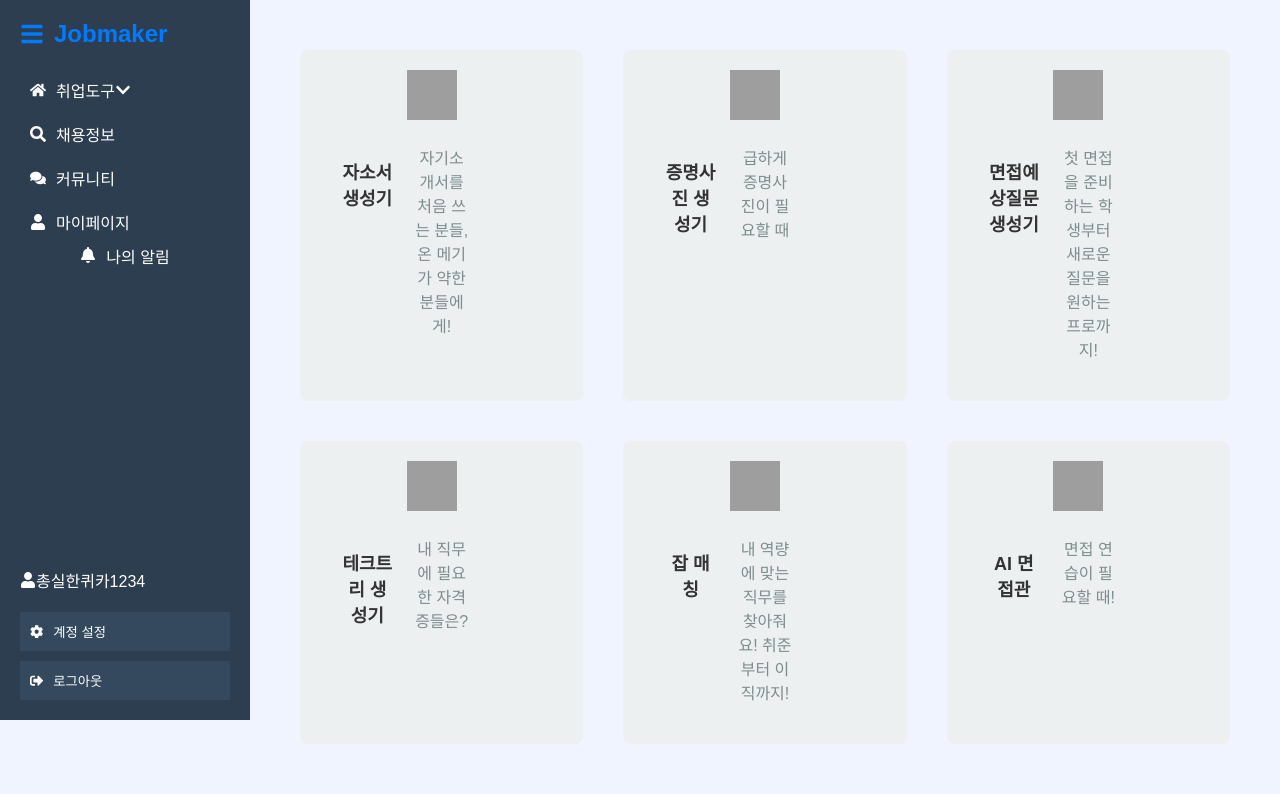
Repository: HSfac/jobmaker
Page: /main
An editor plug-in stored every save of this project. The page is shown before and after the next save, followed by the edit.
The browser window is 1280 px wide. The pictures show the whole page.
Pictures or frames that could not be fetched are drawn as grey boxes. The project was rebuilt for these pictures with package versions that can differ from the ones it lists, and the page was loaded fresh each time. Also part of the build but not shown: src/components/Header.jsx, src/components/Footer.css, src/components/Footer.jsx, src/pages/LandingPage.jsx, src/pages/InfosPage.jsx, src/pages/CommunityPage.jsx, src/pages/MyPage.jsx, src/components/SocialLoginButton.css and 15 more.

Above is the page before, as saved 2024-07-13 17:44:51.

### src/App.js
import React from 'react';
import { BrowserRouter as Router, Route, Routes } from 'react-router-dom';
import MainPage from './pages/MainPage';
import LandingPage from './pages/LandingPage';
import InfosPage from './pages/InfosPage';
import CommunityPage from './pages/CommunityPage';
import MyPage from './pages/MyPage';
import LoginPage from './pages/LoginPage';
import SignupPage from './pages/SignupPage';
import EmailSignupPage from './pages/EmailSignupPage';

import ResumeGeneratorPage from './pages/tools/ResumeGeneratorPage';
import PhotoGeneratorPage from './pages/tools/PhotoGeneratorPage';
import InterviewQuestionsGeneratorPage from './pages/tools/InterviewQuestionsGeneratorPage';
import TechTreeGeneratorPage from './pages/tools/TechTreeGeneratorPage';
import JobMatchingPage from './pages/tools/JobMatchingPage';
import AIInterviewerPage from './pages/tools/AIInterviewerPage';

import MainLayout from './layouts/MainLayout'; // 새로 생성한 레이아웃 컴포넌트
import './App.css';

function App() {
  return (
    <Router>
      <div className="App">
        <Routes>
          <Route path="/" element={<LandingPage />} />
          <Route path="/login" element={<LoginPage />} />
          <Route path="/signup" element={<SignupPage />} />
          <Route path="/email-signup" element={<EmailSignupPage />} />
          <Route element={<MainLayout />}>
            <Route path="/main" element={<MainPage />} />
            <Route path="/infos" element={<InfosPage />} />
            <Route path="/community" element={<CommunityPage />} />
            <Route path="/mypage" element={<MyPage />} />
            <Route path="/tools/resume-generator" element={<ResumeGeneratorPage />} />
            <Route path="/tools/photo-generator" element={<PhotoGeneratorPage />} />
            <Route path="/tools/interview-questions-generator" element={<InterviewQuestionsGeneratorPage />} />
            <Route path="/tools/tech-tree-generator" element={<TechTreeGeneratorPage />} />
            <Route path="/tools/job-matching" element={<JobMatchingPage />} />
            <Route path="/tools/ai-interviewer" element={<AIInterviewerPage />} />
          </Route>
        </Routes>
      </div>
    </Router>
  );
}

export default App;

### src/pages/MainPage.jsx
// MainPage.jsx
import React from 'react';
import ToolCard from '../components/ToolCard';
import './MainPage.css';

const tools = [
  {
    title: "자소서 생성기",
    description: "자기소개서를 처음 쓰는 분들, 온 메기가 약한 분들에게!",
    image: "../assets/images/icons/icon2.png",
    link: "/tools/resume-generator",
  },
  {
    title: "증명사진 생성기",
    description: "급하게 증명사진이 필요할 때",
    image: "../assets/images/icons/icon2.png",
    link: "/tools/photo-generator",
  },
  {
    title: "면접예상질문 생성기",
    description: "첫 면접을 준비하는 학생부터 새로운 질문을 원하는 프로까지!",
    image: "../assets/images/icons/icon2.png",
    link: "/tools/interview-questions-generator",
  },
  {
    title: "테크트리 생성기",
    description: "내 직무에 필요한 자격증들은?",
    image: "../assets/images/icons/icon2.png",
    link: "/tools/tech-tree-generator",
  },
  {
    title: "잡 매칭",
    description: "내 역량에 맞는 직무를 찾아줘요! 취준부터 이직까지!",
    image: "../assets/images/icons/icon2.png",
    link: "/tools/job-matching",
  },
  {
    title: "AI 면접관",
    description: "면접 연습이 필요할 때!",
    image: "../assets/images/icons/icon2.png",
    link: "/tools/ai-interviewer",
  },
];

const MainPage = () => {
  return (
    <div className="main-page">
      <div className="content">
        {tools.map((tool, index) => (
          <ToolCard
            key={index}
            title={tool.title}
            description={tool.description}
            image={tool.image}
            link={tool.link}
          />
        ))}
      </div>
    </div>
  );
};

export default MainPage;

### src/layouts/MainLayout.jsx
import React from 'react';
import { Outlet } from 'react-router-dom';
import Sidebar from '../components/Sidebar';
//import './MainLayout.css';

const MainLayout = () => {
  return (
    <div className="main-layout">
      <Sidebar />
      <div className="page-content">
        <Outlet />
      </div>
    </div>
  );
};

export default MainLayout;

### src/App.css
.App {
  font-family: sans-serif;
  text-align: center;
  height: 100vh;
  display: flex;
  flex-direction: column;
}

.main-content {
  display: flex;
  flex: 1;
}

.page-content {
  flex: 1;
  padding: 20px;
  margin-left: 250px; /* 사이드바의 넓이만큼 왼쪽 여백을 설정 */
  transition: margin-left 0.3s;
}

.sidebar.closed + .page-content {
  margin-left: 80px; /* 사이드바가 닫혔을 때 여백 설정 */
}

### src/components/ToolCard.jsx
// ToolCard.jsx
import React from 'react';
import { useNavigate } from 'react-router-dom';
import './ToolCard.css';

const ToolCard = ({ title, description, image, link }) => {
  const navigate = useNavigate();

  const handleClick = () => {
    navigate(link);
  };

  return (
    <div className="tool-card" onClick={handleClick}>
      <img src={image} alt={title} className="icon" />
      <div className="content">
        <h3>{title}</h3>
        <p>{description}</p>
      </div>
    </div>
  );
};

export default ToolCard;

### src/pages/MainPage.css
.main-page {
  display: flex;
}

.content {
  flex-grow: 1;
  padding: 20px;
  display: grid;
  grid-template-columns: repeat(3, 1fr);
  gap: 20px;
}

### src/pages/LandingPage.css
/* LandingPage.css */

@font-face {
  font-family: 'Pretendard';
  src: url('../assets/fonts/Pretendard-Regular.ttf') format('truetype');
  font-weight: 400;
}

@font-face {
  font-family: 'Pretendard';
  src: url('../assets/fonts/Pretendard-SemiBold.ttf') format('truetype');
  font-weight: 600;
}
:root {
  --bg-color: #f0f4ff;
  --text-color: #333;
  --primary-color: #3a73e1;
  --secondary-color: #fff;
  --question-bg-color: #4a90e2;
}

[data-theme="dark"] {
  --bg-color: #121212;
  --text-color: #e0e0e0;
  --primary-color: #bb86fc;
  --secondary-color: #333;
  --question-bg-color: #3700b3;
}

body {
  background-color: var(--bg-color);
  color: var(--text-color);
  margin: 0;
  padding: 0;
  font-family: 'Pretendard', sans-serif;
}

.landing-page {
  display: flex;
  flex-direction: column;
  min-height: 100vh;
}

.main-content {
  flex: 1;
  display: flex;
  flex-direction: column;
  align-items: center;
  background-color: var(--primary-color);
  color: var(--secondary-color);
}

.hero {
  display: flex;
  justify-content: space-between;
  align-items: center;
  max-width: 1200px;
  width: 100%;
  padding: 50px;
}


.hero-text h1 {
  font-size: 4em; /* Increased font size */
  font-family: 'Pretendard', sans-serif;
  font-weight: 600; /* SemiBold */
  margin-bottom: 20px;
}

.hero-text p {
  font-family: 'Pretendard', sans-serif;
  font-weight: 400; /* Regular */
}

.hero-text button.primary {
  background-color: var(--secondary-color);
  color: var(--primary-color);
  padding: 10px 20px;
  border: none;
  border-radius: 5px;
  font-size: 1.2em;
  cursor: pointer;
  transition: border-color 0.3s;
}

.hero-text button.primary:hover {
  border: 2px solid var(--primary-color);
}

.hero-images {
  flex: 1;
  display: flex;
  justify-content: center;
  align-items: center;


}

.hero-images img {
  max-width: 100%;
  height: auto;

}

.second-section {
  width: 100%;
  font-size: 1.5em;
  padding: 50px 20px;
  background-color: var(--bg-color);
  color: var(--text-color);
  text-align: center;
  position: relative;
  overflow: hidden;
  font-weight: 700; /* SemiBold */
}

.second-section h2 {
  color: var(--primary-color);
  font-size: 1.5em;
  font-weight: 700; /* SemiBold */
}

.sliding-images {
  display: flex;
  flex-direction: column;
  align-items: center;
  justify-content: center;
  height: 280px; /* Adjust as needed */
  position: relative;
}

.sliding-images img {
  width: 300%; /* Make the images smaller */
  position: absolute;
  animation-duration: 30s; /* Slow down the animation */
  animation-timing-function: linear;
  animation-iteration-count: infinite;
}

.sliding-images img:nth-child(1) {
  top: 0;
  left: -100%;
  animation-name: slide-in-left;
}

.sliding-images img:nth-child(2) {
  top: 50%;
  left: 100%;
  animation-name: slide-in-right;
}

@keyframes slide-in-left {
  0%, 100% {
    left: -100%;
  }
  50% {
    left: 100%;
  }
}

@keyframes slide-in-right {
  0%, 100% {
    left: 100%;
  }
  50% {
    left: -100%;
  }
}

.generators {
  display: flex;
  justify-content: space-around;
  flex-wrap: wrap;
}

.generator-card {
  background-color: var(--secondary-color);
  color: var(--primary-color);
  border-radius: 10px;
  padding: 20px;
  margin: 10px;
  width: 200px;
  cursor: pointer;
  transition: transform 0.2s;
}

.generator-card:hover {
  transform: scale(1.05);
}

.generator-card h3 {
  margin-top: 0;
}

.generator-card p {
  margin: 10px 0 0;
  font-size: 20px;
}

/* 기존 CSS 생략 */

.third-section {

  width: 100%;
  padding: 10px 20px;
  background-color: var(--bg-color);
  color: var(--text-color);
  text-align: center;

}

.third-section h2 {
  font-size: 2.2em;
  color: var(--primary-color);
  font-weight: 700; /* SemiBold */
}

.third-section h3 {
  font-size: 1em;
  font-weight: 600; /* SemiBold */
}

.example-container {
  display: flex;
  flex-wrap: wrap;
  justify-content: center;
  gap: 20px;
  margin-top: 20px;
  flex-direction: column; /* 세로로 배치 */
}

.example-image.left {
  align-self: flex-start;
  margin: 0 50px; /* 이미지 양옆 여백 설정 */
  animation: slide-left 5s infinite;
}

.example-image.center1 {
  align-self: center;
  margin: 0 50px; /* 이미지 양옆 여백 설정 */
}

.example-image.right {
  align-self: flex-end;
  margin: 0 50px; /* 이미지 양옆 여백 설정 */
  animation: slide-right 5s infinite;
}

.example-image.center2 {
  align-self: center;
  margin: 0 50px; /* 이미지 양옆 여백 설정 */
}

@keyframes slide-left {
  0% {
    transform: translateX(0);
  }
  50% {
    transform: translateX(-20px); /* 원하는 슬라이드 거리 설정 */
  }
  100% {
    transform: translateX(0);
  }
}

@keyframes slide-right {
  0% {
    transform: translateX(0);
  }
  50% {
    transform: translateX(20px); /* 원하는 슬라이드 거리 설정 */
  }
  100% {
    transform: translateX(0);
  }
}

/* 기존 CSS 생략 */




.fourth-section {
  width: 100%;
  padding: 50px 20px;
  background-color: var(--bg-color);
  color: var(--text-color);
  text-align: center;
}

.fourth-section h2 {
  font-size: 2.2em;
  color: var(--primary-color);
  font-weight: 700; /* SemiBold */
  margin-bottom: 10px;
}

.fourth-section h3 {
  font-size: 26px;
  font-weight: 700; /* SemiBold */
  margin-bottom: 30px;
}

.sliding-tags {
  overflow: hidden;
  white-space: nowrap;
  box-sizing: border-box;
}

.tags-wrapper {
  display: inline-block;
  animation: slide 45s linear infinite;

}

.tag {
  font-size: 20px;
  display: inline-block;
  background-color: var(--primary-color);
  color: var(--secondary-color);
  padding: 20px 40px;
  margin: 0 10px;
  border-radius: 500px;
  font-weight: 600; /* SemiBold */
}

@keyframes slide {
  0% {
    transform: translateX(100%);
  }
  100% {
    transform: translateX(-100%);
  }
}

.fifth-section {
  width: 100%;
  padding: 50px 20px;
  background-color: var(--bg-color);
  color: var(--text-color);
  text-align: center;
}

.fifth-section h2 {
  margin-top: 70px;
  font-size: 2.2em;
  color: var(--primary-color);
  font-weight: 700; /* SemiBold */
}

.fifth-section h3 {
  font-size: 26px;
  font-weight: 700; /* SemiBold */
  margin-top: 10px;
  margin-bottom: 30px;
}

.pricing-plans {
  display: flex;
  justify-content: center;
  gap: 25px;
  flex-wrap: wrap;
  margin-bottom: 200px;
}

.plan {
  background-color: var(--secondary-color);
  color: var(--primary-color);
  border-radius: 10px;
  padding: 20px;
  margin: 10px;
  width: 250px;
  text-align: center;
}

.plan h3 {
  margin-top: 0;
}

.plan p {
  font-size: 20px;
  font-weight: 700; /* SemiBold */
}

.plan ul {
  list-style: none;
  padding: 0;
}

.plan ul li {
  margin: 10px 0;
}

.plan button.primary {
  background-color: var(--secondary-color);
  color: var(--primary-color);
  padding: 10px 20px;
  border: 2px solid var(--primary-color);
  border-radius: 5px;
  font-size: 1.2em;
  cursor: pointer;
  transition: background-color 0.3s, color 0.3s;
}

.plan button.primary:hover {
  background-color: var(--primary-color);
  color: var(--secondary-color);
}

.footer {
  background-color: var(--primary-color);
  color: var(--secondary-color);
  padding: 20px;
  text-align: center;
  position: relative;
  bottom: 0;
  width: 100%;
  margin-top: auto;
}

### src/components/Sidebar.jsx
import React, { useState } from 'react';
import { FaHome, FaSearch, FaComments, FaUser, FaBell, FaCog, FaSignOutAlt, FaBars, FaChevronDown, FaChevronUp } from 'react-icons/fa';
import { Link } from 'react-router-dom';
import './Sidebar.css';
import AlertModal from './AlertModal';

const Sidebar = () => {
  const [isOpen, setIsOpen] = useState(true);
  const [isToolsOpen, setIsToolsOpen] = useState(false);
  const [isModalOpen, setIsModalOpen] = useState(false);

  const toggleSidebar = () => {
    setIsOpen(!isOpen);
  };

  const toggleToolsMenu = () => {
    setIsToolsOpen(!isToolsOpen);
  };

  const toggleModal = () => {
    setIsModalOpen(!isModalOpen);
  };

  return (
    <div className={`sidebar ${isOpen ? 'open' : 'closed'}`}>
      <div className="logo" onClick={toggleSidebar}>
        <FaBars />
        {isOpen && <span>Jobmaker</span>}
      </div>
      <ul className="menu">
        <li>
          <div className="menu-item" onClick={toggleToolsMenu}>
            <FaHome />
            {isOpen && <span>취업도구</span>}
            {isOpen && (isToolsOpen ? <FaChevronUp /> : <FaChevronDown />)}
          </div>
          {isToolsOpen && (
            <ul className="submenu">
              <li>
                <Link to="/tools/resume-generator">
                  {isOpen && <span>자소서 생성기</span>}
                </Link>
              </li>
              <li>
                <Link to="/tools/photo-generator">
                  {isOpen && <span>증명사진 생성기</span>}
                </Link>
              </li>
              <li>
                <Link to="/tools/interview-questions-generator">
                  {isOpen && <span>면접예상질문 생성기</span>}
                </Link>
              </li>
              <li>
                <Link to="/tools/tech-tree-generator">
                  {isOpen && <span>테크트리 생성기</span>}
                </Link>
              </li>
              <li>
                <Link to="/tools/job-matching">
                  {isOpen && <span>잡 매칭</span>}
                </Link>
              </li>
              <li>
                <Link to="/tools/ai-interviewer">
                  {isOpen && <span>AI 면접관</span>}
                </Link>
              </li>
            </ul>
          )}
        </li>
        <li>
          <Link to="/infos">
            <FaSearch />
            {isOpen && <span>채용정보</span>}
          </Link>
        </li>
        <li>
          <Link to="/community">
            <FaComments />
            {isOpen && <span>커뮤니티</span>}
          </Link>
        </li>
        <li>
          <Link to="/mypage">
            <FaUser />
            {isOpen && <span>마이페이지</span>}
          </Link>
        </li>
        <li onClick={toggleModal} style={{ cursor: 'pointer' }}>
          <FaBell />
          {isOpen && <span>나의 알림</span>}
        </li>
      </ul>
      <div className="user-info">
        <div className="username">
          <FaUser />
          {isOpen && <span>총실한퀴카1234</span>}
        </div>
        <div className="settings">
          <button className="settings-btn">
            <FaCog />
            {isOpen && <span>계정 설정</span>}
          </button>
          <button className="logout-btn">
            <FaSignOutAlt />
            {isOpen && <span>로그아웃</span>}
          </button>
        </div>
      </div>
      {isModalOpen && <AlertModal onClose={toggleModal} />}
    </div>
  );
};

export default Sidebar;

### src/components/ToolCard.css
.tool-card {
  background-color: #ecf0f1;
  border-radius: 8px;
  padding: 20px;
  margin: 10px;
  display: flex;
  align-items: center;
  cursor: pointer;
  flex-direction: column;
  transition: background-color 0.3s;
}

.tool-card:hover {
  background-color: #bdc3c7;
}

.icon {
  width: 50px;
  height: 50px;
  margin-right: 20px;
}

.content {
  flex-grow: 1;
}

h3 {
  margin: 5;
  font-size: 18px;
}

p {
  margin: 5px 0 0;
  color: #7f8c8d;
}

### src/components/Header.css
.header {
  display: flex;
  justify-content: space-between;
  align-items: center;
  padding: 10px 20px;
  background-color: #f8f9fa;
  border-bottom: 1px solid #e0e0e0;
}

.logo {
  font-size: 24px;
  font-weight: bold;
  color: #007bff;
}

.nav-links a {
  margin-left: 10px;
  color: #333;
  text-decoration: none;
}

.nav-links a:hover {
  text-decoration: underline;
}

### src/components/Sidebar.css
.sidebar {
  width: 250px;
  height: 100vh;
  background-color: #2c3e50;
  color: white;
  padding: 20px;
  box-sizing: border-box;
  display: flex;
  flex-direction: column;
  justify-content: space-between;
  transition: width 0.3s;
  position: fixed;
  top: 0;
  left: 0;
  overflow-y: auto; /* Add scrollbar if content exceeds height */
}

.sidebar.closed {
  width: 80px;
}

.logo {
  font-size: 24px;
  font-weight: bold;
  margin-bottom: 20px;
  cursor: pointer;
  display: flex;
  align-items: center;
}

.logo span {
  margin-left: 10px;
}

.menu {
  list-style: none;
  padding: 0;
  margin: 0;
}

.menu li {
  margin: 0;
}

.menu-item, .menu li a {
  display: flex;
  align-items: center;
  color: white;
  text-decoration: none;
  padding: 10px;
  width: 100%;
  box-sizing: border-box;
  transition: background-color 0.3s;
}

.menu-item:hover, .menu li a:hover {
  background-color: #34495e;
}

.menu-item {
  cursor: pointer;

}

.menu li span {
  margin-left: 10px;
}

.submenu {
  list-style: none;
  padding: 0;
  margin: 0;
}

.submenu li {
  margin: 0;
}

.submenu li a {
  padding: 10px 10px 10px 30px; /* Indentation for submenu items */
  display: flex;
  align-items: center;
  color: white;
  text-decoration: none;
  transition: background-color 0.3s;
}

.submenu li a:hover {
  background-color: #34495e;
}

.user-info {
  margin-top: auto;
}

.username {
  display: flex;
  align-items: center;
  margin-bottom: 10px;
}

.email {
  margin-bottom: 10px;
}

.settings {
  display: flex;
  flex-direction: column;
}

.settings-btn, .logout-btn {
  display: flex;
  align-items: center;
  width: 100%;
  margin-top: 10px;
  padding: 10px;
  background-color: #34495e;
  color: white;
  border: none;
  cursor: pointer;
  transition: background-color 0.3s;
}

.settings-btn:hover, .logout-btn:hover {
  background-color: #3d566e;
}

.settings-btn span, .logout-btn span {
  margin-left: 10px;
}

Loaded but not shown: public/index.html (common file); src/index.js (common file); src/index.css (common file); src/reportWebVitals.js (common file)

After the next save:
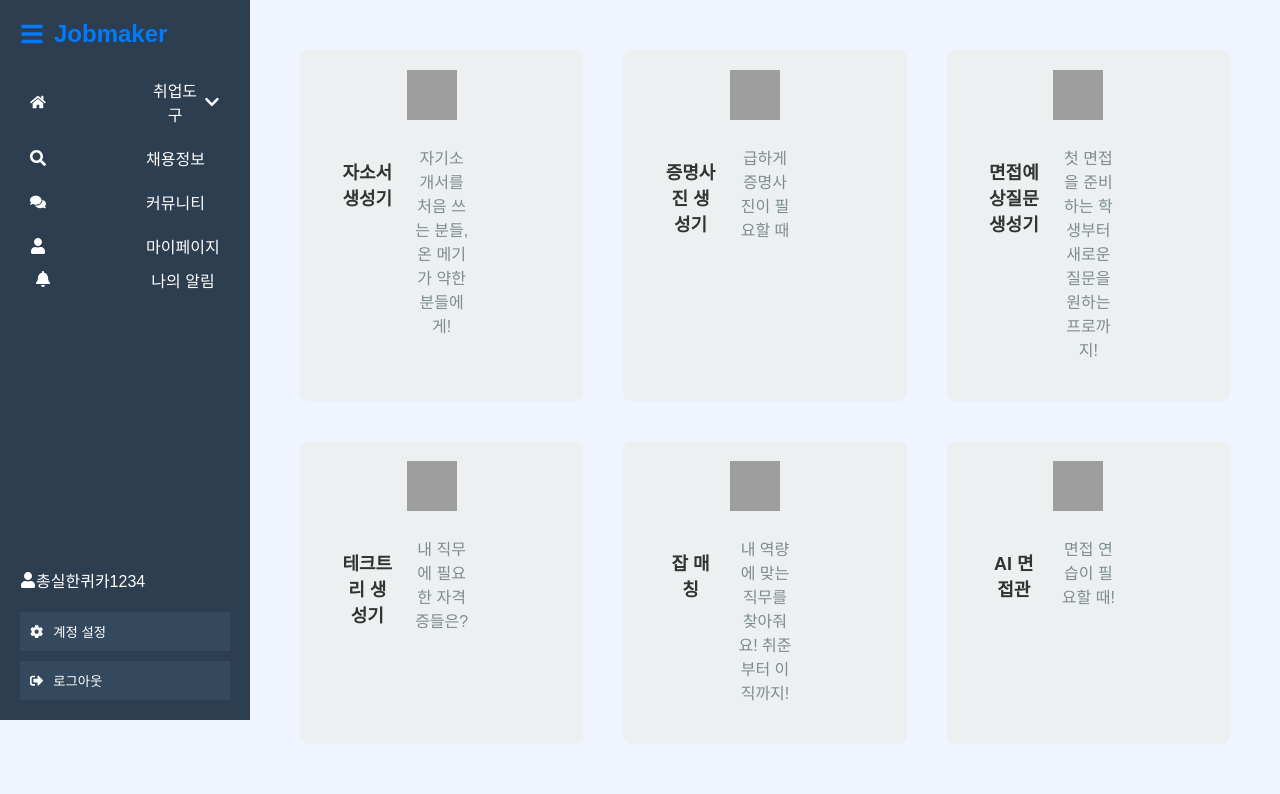
Saved 8 s later.
--- a/src/components/Sidebar.css
+++ b/src/components/Sidebar.css
@@ -63,7 +63,7 @@
 }
 
 .menu li span {
-  margin-left: 10px;
+  margin-left: 100px;
 }
 
 .submenu {

After the save that followed:
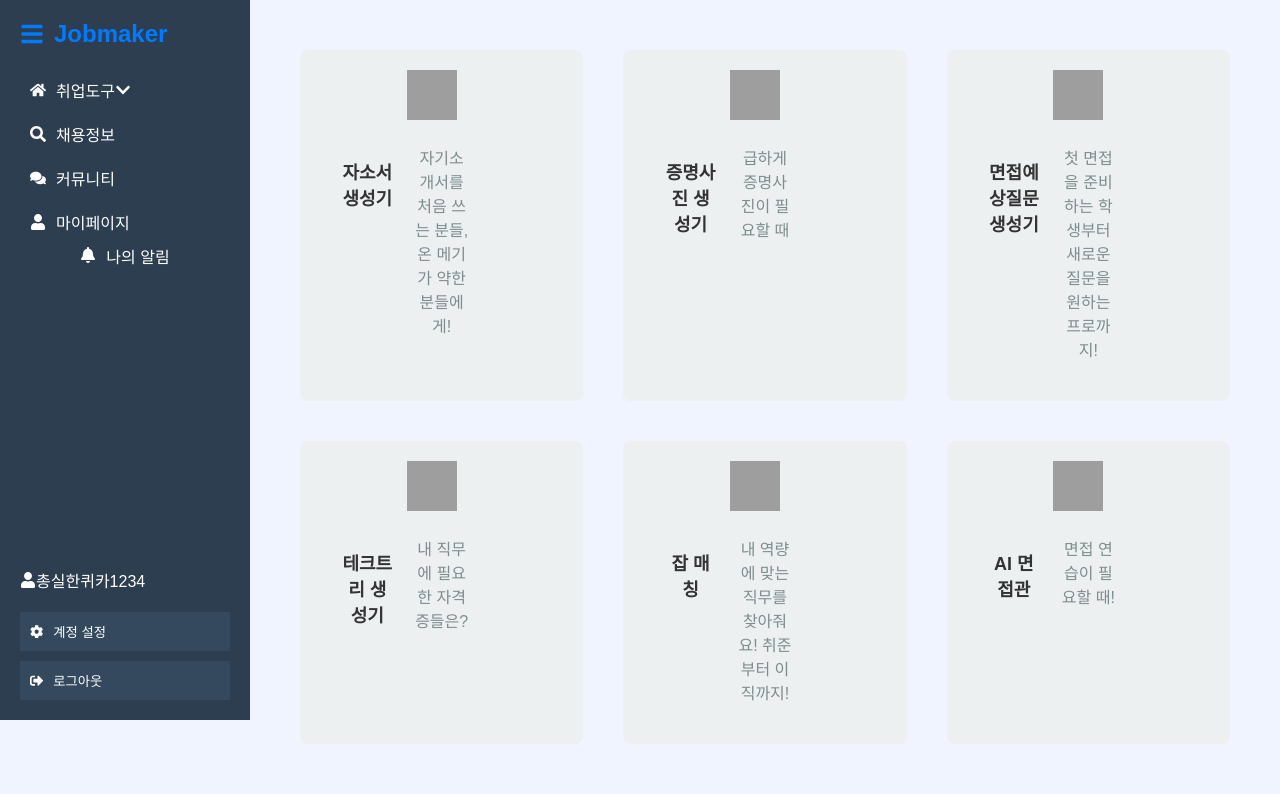
Saved 12 s later.
--- a/src/components/Sidebar.css
+++ b/src/components/Sidebar.css
@@ -63,7 +63,7 @@
 }
 
 .menu li span {
-  margin-left: 100px;
+  margin-left: 10px;
 }
 
 .submenu {
